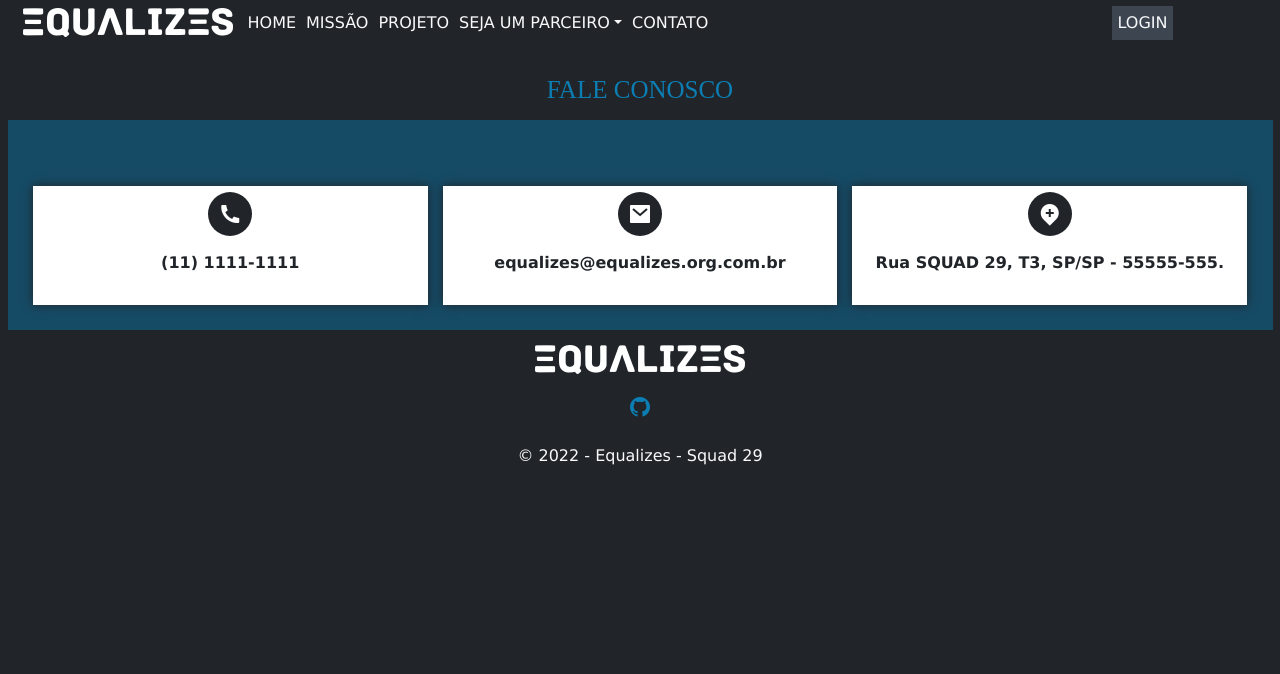
Repository: SQUAD29T3/-SpringEqualizesFinal
Page: http://localhost/sucess/success-contato
An editor plug-in stored every save of this project. The page is shown before and after the next save, followed by the edit.
The browser window is 1280 px wide. The pictures show the whole page.
The page is this project's Thymeleaf template; nobody is signed in. The template is opened directly, without the code that normally fills it, so the values that code supplies are empty.

Above is the page before, as saved 2022-10-25 01:23:15.
Console error: TypeError: Cannot set properties of null (setting 'value')

After the next save:
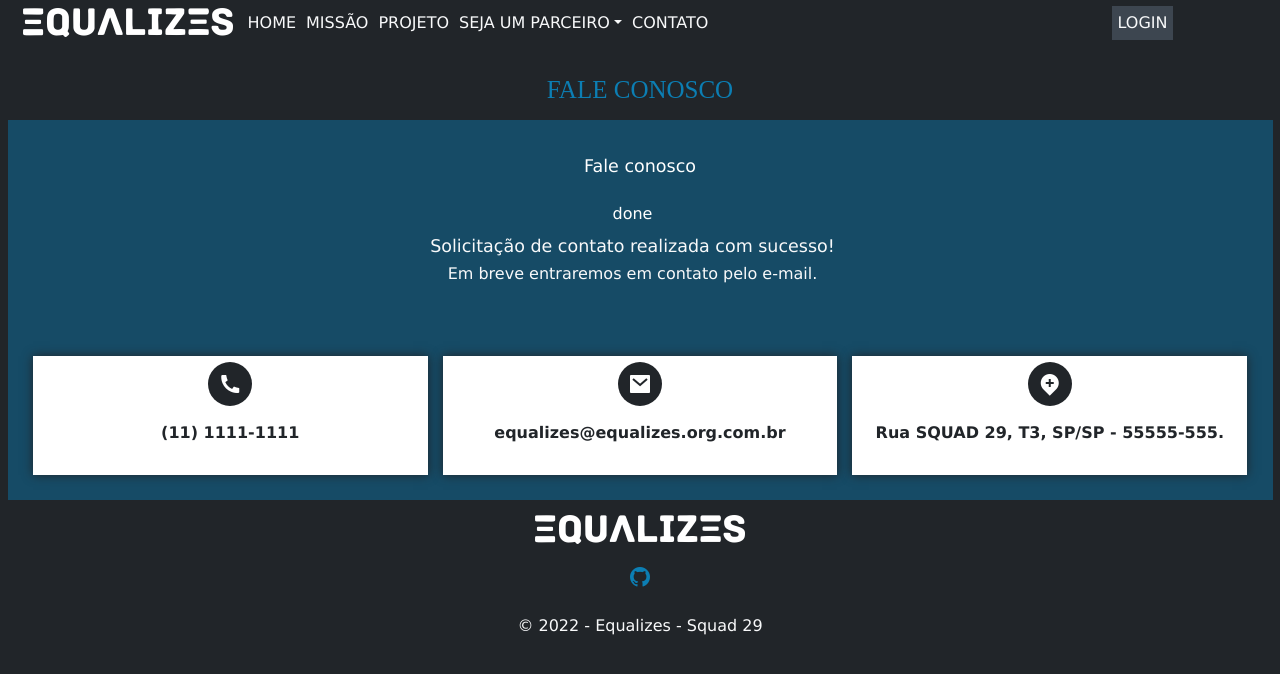
Saved 20 s later.
--- a/SpringEqualizes/src/main/resources/templates/sucess/success-contato.html
+++ b/SpringEqualizes/src/main/resources/templates/sucess/success-contato.html
@@ -113,11 +113,46 @@
 
 		<main>
 
-			<div class="row">
-
-
-
-			</div>
+			<!-- INÍCIO CONTATO FORM -->
+			<div class="container">
+
+				<div class="row mt-3">
+
+					<div class="col-12">
+						<h3 class="text-center text-padrao"> Fale conosco </h3>
+					</div>
+
+				</div>
+
+
+				<div class="row mt-3">
+
+					<!-- INÍCIO CONFIRMAÇÃO DE ENVIO -->
+					<div class="row mt-3 mb-5 confirm" id="success">
+
+						<div class="col-md-12 text-center">
+							<span class="material-symbols-outlined sucesso">
+								done
+							</span>
+						</div>
+
+
+						<div class="col-md-12 mt-3 text-center text-light">
+							<h3>Solicitação de contato realizada com sucesso!</h3>
+							<span>Em breve entraremos em contato pelo e-mail.</span>
+						</div>
+
+
+					</div>
+					<!-- FIM CONFIRMAÇÃO DE ENVIO -->
+
+				</div>
+
+
+
+
+			</div>
+			<!-- FIM CONTATO FORM -->
 
 
 			<!-- CARDS CONTATO -->
